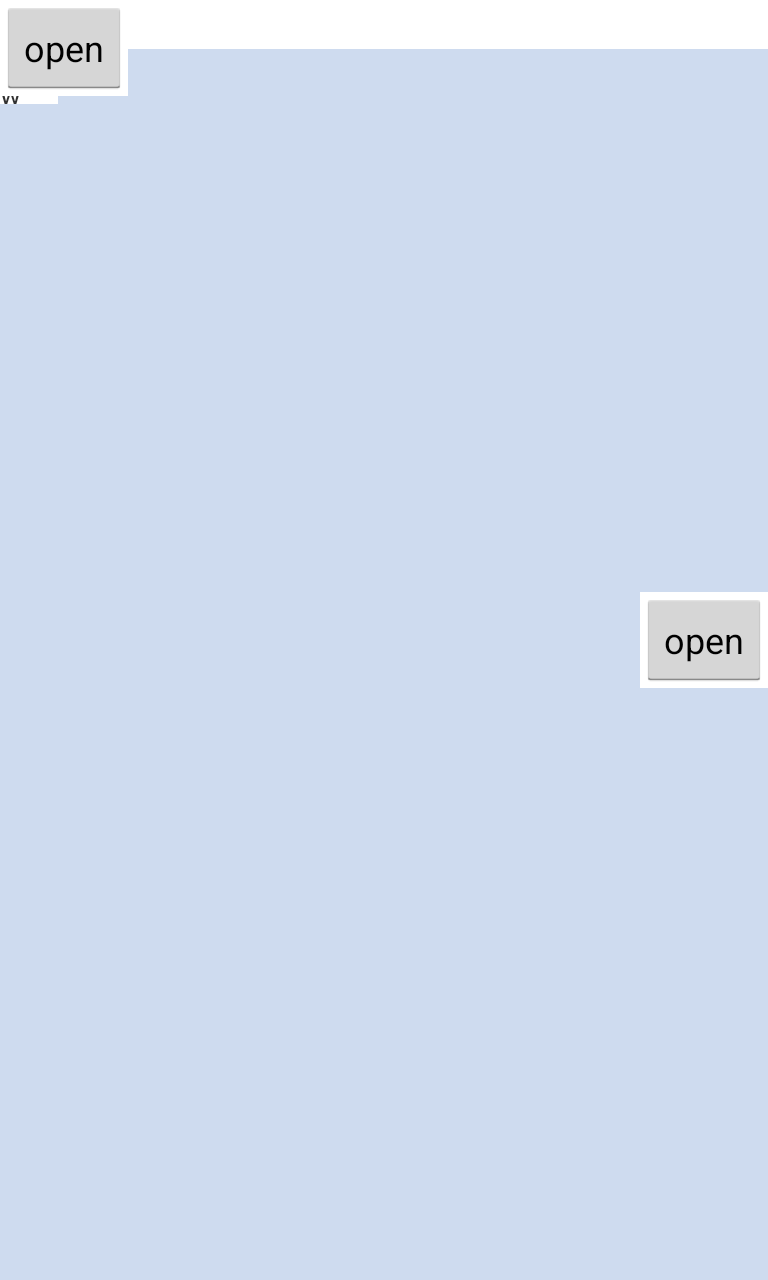
Repository: supremehappy/Android
Layout: FrameTest1/res/layout/activity_main.xml
An editor plug-in stored every save of this project. The layout is shown before and after the next save, followed by the edit.
It is drawn on a 768 x 1280 px phone screen (xhdpi) without system bars, with theme AppTheme; the app's code is not run.

Above is the layout before, as saved 2017-09-04 02:48:44.

### FrameTest1/res/layout/activity_main.xml
<FrameLayout xmlns:android="http://schemas.android.com/apk/res/android"
    xmlns:tools="http://schemas.android.com/tools"
    android:id="@+id/FrameLayout1"
    android:layout_width="match_parent"
    android:layout_height="match_parent"
    tools:context="${relativePackage}.${activityClass}" >

    <LinearLayout
        android:layout_width="match_parent"
        android:layout_height="match_parent"
        android:background="#cedbef"
        android:orientation="vertical" >

        <LinearLayout
            android:layout_width="match_parent"
            android:layout_height="wrap_content" >

            <TextView
                android:id="@+id/textView1"
                android:layout_width="wrap_content"
                android:layout_height="wrap_content"
                android:layout_weight="1"
                android:background="#ffffff"
                android:text="TextView" />

            <EditText
                android:id="@+id/editText1"
                android:layout_width="match_parent"
                android:layout_height="wrap_content"
                android:layout_weight="1"
                android:background="#ffffff"
                android:ems="10" />

        </LinearLayout>

    </LinearLayout>

    <LinearLayout
        android:id="@+id/my_layout"
        android:layout_width="200dp"
        android:layout_height="match_parent"
        android:background="#d9ceef"
        android:orientation="vertical"
        android:gravity="right"
        android:visibility="gone"  >

        <LinearLayout
            android:layout_width="match_parent"
            android:layout_height="wrap_content" >

            <TextView
                android:id="@+id/textView2"
                android:layout_width="wrap_content"
                android:layout_height="wrap_content"
                android:layout_weight="1"
                android:text="TextView" />

            <EditText
                android:id="@+id/editText2"
                android:layout_width="wrap_content"
                android:layout_height="wrap_content"
                android:layout_weight="1"
                android:ems="10" >

                <requestFocus />
            </EditText>

        </LinearLayout>

        <LinearLayout
            android:layout_width="match_parent"
            android:layout_height="wrap_content" >

            <Button
                android:id="@+id/button1"
                android:layout_width="wrap_content"
                android:layout_height="wrap_content"
                android:text="Button" />

            <Button
                android:id="@+id/button2"
                android:layout_width="wrap_content"
                android:layout_height="wrap_content"
                android:text="Button" />

        </LinearLayout>

    </LinearLayout>

    <LinearLayout
        android:id="@+id/my_layout1"
        android:layout_width="200dp"
        android:layout_height="match_parent"
        android:background="#efcee9"
        android:orientation="vertical"
        android:gravity="left"
        android:visibility="gone" >

        <LinearLayout
            android:layout_width="match_parent"
            android:layout_height="wrap_content"
            android:orientation="vertical" >

            <TextView
                android:id="@+id/textView3"
                android:layout_width="wrap_content"
                android:layout_height="wrap_content"
                android:text="TextView" />

            <EditText
                android:id="@+id/editText3"
                android:layout_width="match_parent"
                android:layout_height="wrap_content"
                android:ems="10" />

        </LinearLayout>

    </LinearLayout>

    <LinearLayout
        android:layout_width="wrap_content"
        android:layout_height="wrap_content"
        android:background="#ffffff"
        android:layout_gravity="right|center_vertical"
        android:orientation="vertical" >

        <Button
            android:id="@+id/btn_open"
            android:layout_width="wrap_content"
            android:layout_height="wrap_content"
            android:text="open" />

    </LinearLayout>

    <LinearLayout
        android:layout_width="wrap_content"
        android:layout_height="wrap_content"

        android:gravity="bottom|left"
        android:background="#ffffff"
        android:orientation="vertical" >

        <Button
            android:id="@+id/btn_open1"
            android:layout_width="wrap_content"
            android:layout_height="wrap_content"
            android:text="open" />

    </LinearLayout>

</FrameLayout>

Loaded but not shown: FrameTest1/res/values/styles.xml (common file); FrameTest1/res/values-v11/styles.xml (common file); FrameTest1/res/values-v14/styles.xml (common file)

After the next save:
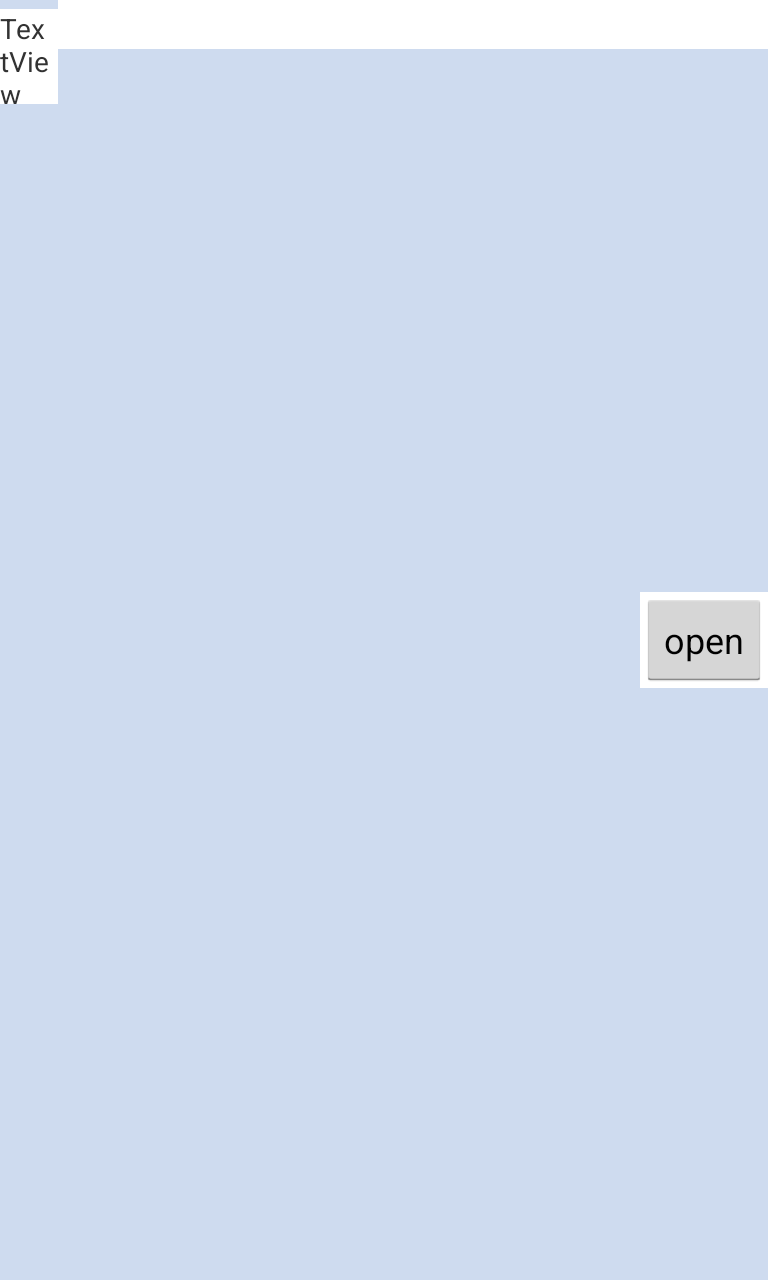
Saved 3 min 47 s later.
--- a/FrameTest1/res/layout/activity_main.xml
+++ b/FrameTest1/res/layout/activity_main.xml
@@ -132,20 +132,6 @@
 
     </LinearLayout>
 
-    <LinearLayout
-        android:layout_width="wrap_content"
-        android:layout_height="wrap_content"
 
-        android:gravity="bottom|left"
-        android:background="#ffffff"
-        android:orientation="vertical" >
-
-        <Button
-            android:id="@+id/btn_open1"
-            android:layout_width="wrap_content"
-            android:layout_height="wrap_content"
-            android:text="open" />
-
-    </LinearLayout>
 
 </FrameLayout>

After the save that followed:
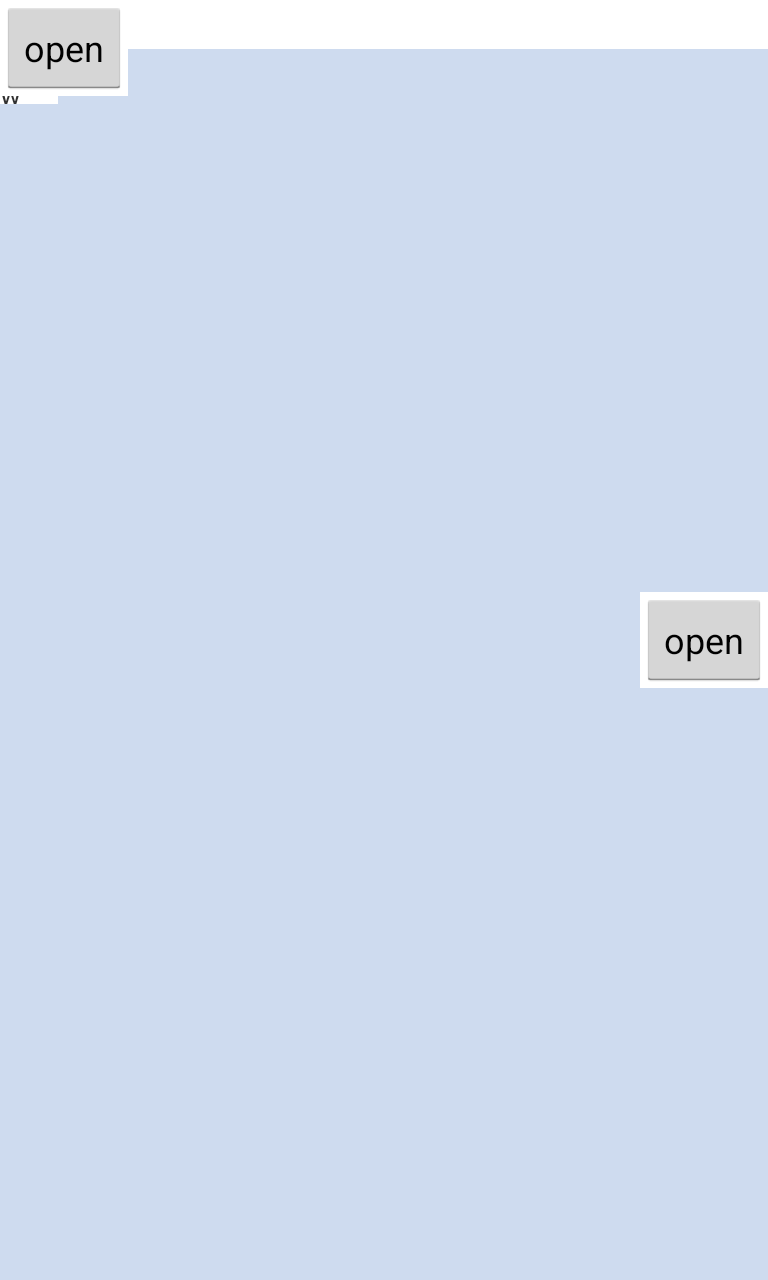
Saved 10 s later.
--- a/FrameTest1/res/layout/activity_main.xml
+++ b/FrameTest1/res/layout/activity_main.xml
@@ -132,6 +132,19 @@
 
     </LinearLayout>
 
+    <LinearLayout
+        android:layout_width="wrap_content"
+        android:layout_height="wrap_content"
+        android:gravity="bottom|left"
+        android:background="#ffffff"
+        android:orientation="vertical" >
 
+        <Button
+            android:id="@+id/btn_open1"
+            android:layout_width="wrap_content"
+            android:layout_height="wrap_content"
+            android:text="open" />
+
+    </LinearLayout>
 
 </FrameLayout>
